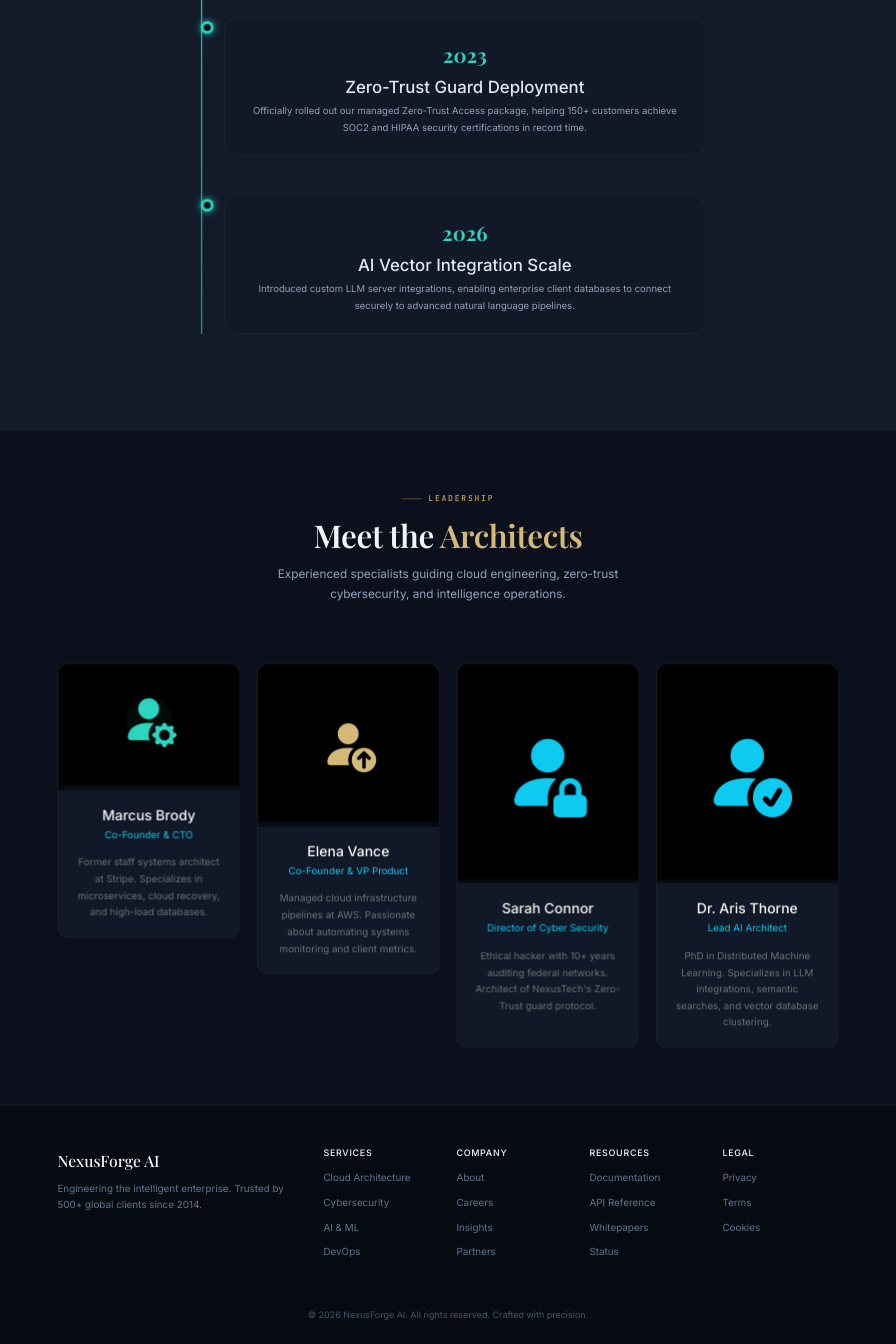
Repository: ruzni-dev/project-showcase
Page: pages/52-IT-Solutions-Website/pages/about.html
These files come from the project's save history. The page is drawn as it stood at one moment and after the next save; the edit follows.
The browser window is 1280 px wide. The pictures show the part of the page from y = 1523 to 3443 px (the page is 3443 px tall before and 3309 px after), at 70% of full size.
Some web fonts or font styles are not loaded; a fallback is used.

Above is the page before, as saved 2026-05-24 22:52:44.

After the next save:
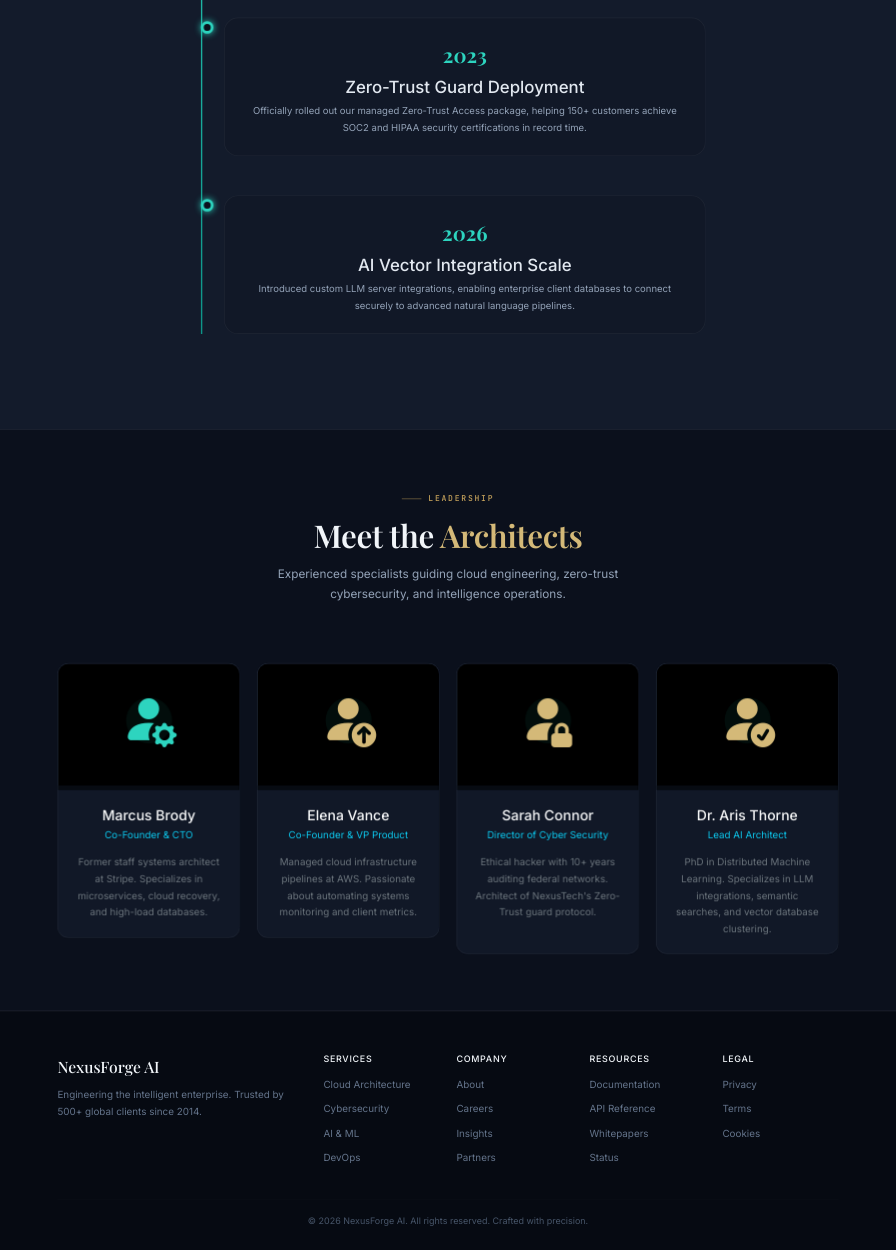
Saved 4 min 1 s later.
--- a/pages/52-IT-Solutions-Website/pages/about.html
+++ b/pages/52-IT-Solutions-Website/pages/about.html
@@ -188,7 +188,9 @@
                 <div class="col-xl-3 col-md-6" data-aos="zoom-in" data-aos-delay="0">
                     <div class="team-card">
                         <div class="team-img-wrapper text-center bg-black bg-opacity-30 d-flex align-items-center justify-content-center py-5">
-                            <i class="bi bi-person-fill-up gold-text" style="font-size: 5rem;"></i>
+                            <div class="ai-tool-icon">
+                                <i class="bi bi-person-fill-up gold-text" style="font-size: 5rem;"></i>
+                            </div>
                             <div class="team-socials">
                                 <a href="#" class="team-social-link"><i class="bi bi-linkedin"></i></a>
                                 <a href="#" class="team-social-link"><i class="bi bi-twitter-x"></i></a>
@@ -204,27 +206,31 @@
 
                 <!-- Member 3 -->
                 <div class="col-xl-3 col-md-6">
-                <div class="team-card h-100">
-                    <div class="team-img-wrapper text-center bg-black bg-opacity-30 d-flex align-items-center justify-content-center py-5">
-                    <i class="bi bi-person-fill-lock text-info" style="font-size: 8rem;"></i>
-                    <div class="team-socials">
-                        <a href="#" class="team-social-link"><i class="bi bi-linkedin"></i></a>
-                        <a href="#" class="team-social-link"><i class="bi bi-github"></i></a>
-                    </div>
-                    </div>
-                    <div class="p-4 text-center">
-                    <h5 class="mb-1 text-light">Sarah Connor</h5>
-                    <p class="text-info small mb-3">Director of Cyber Security</p>
-                    <p class="text-secondary small mb-0">Ethical hacker with 10+ years auditing federal networks. Architect of NexusTech's Zero-Trust guard protocol.</p>
-                    </div>
-                </div>
+                    <div class="team-card h-100">
+                        <div class="team-img-wrapper text-center bg-black bg-opacity-30 d-flex align-items-center justify-content-center py-5">
+                            <div class="ai-tool-icon">
+                                <i class="bi bi-person-fill-lock gold-text" style="font-size: 5rem;"></i>
+                            </div>
+                            <div class="team-socials">
+                                <a href="#" class="team-social-link"><i class="bi bi-linkedin"></i></a>
+                                <a href="#" class="team-social-link"><i class="bi bi-github"></i></a>
+                            </div>
+                        </div>
+                        <div class="p-4 text-center">
+                            <h5 class="mb-1 text-light">Sarah Connor</h5>
+                            <p class="text-info small mb-3">Director of Cyber Security</p>
+                            <p class="text-secondary small mb-0">Ethical hacker with 10+ years auditing federal networks. Architect of NexusTech's Zero-Trust guard protocol.</p>
+                        </div>
+                    </div>
                 </div>
 
                 <!-- Member 4 -->
                 <div class="col-xl-3 col-md-6">
                 <div class="team-card h-100">
                     <div class="team-img-wrapper text-center bg-black bg-opacity-30 d-flex align-items-center justify-content-center py-5">
-                    <i class="bi bi-person-fill-check text-info" style="font-size: 8rem;"></i>
+                    <div class="ai-tool-icon">
+                        <i class="bi bi-person-fill-check gold-text" style="font-size: 5rem;"></i>
+                    </div>
                     <div class="team-socials">
                         <a href="#" class="team-social-link"><i class="bi bi-linkedin"></i></a>
                         <a href="#" class="team-social-link"><i class="bi bi-github"></i></a>
